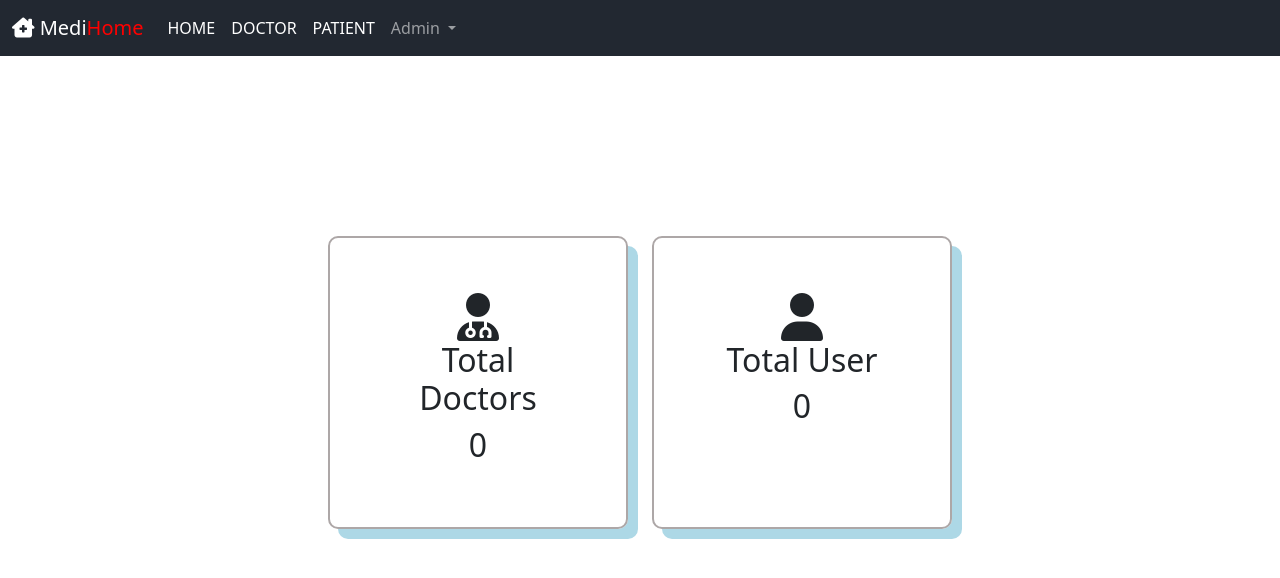
Repository: SparshGarg1/Hostel_Managment_System
Page: http://localhost/Hostel/adminportal.jsp
These files come from the project's save history. The page is drawn as it stood at one moment and after the next save; the edit follows.
The browser window is 1280 px wide. The pictures show the whole page.
Some web libraries are served in a nearby version. The page is served by Tomcat 9. Queries for data that is not in the repository find no rows.

Above is the page before, as saved 2023-06-17 08:00:58.

After the next save:
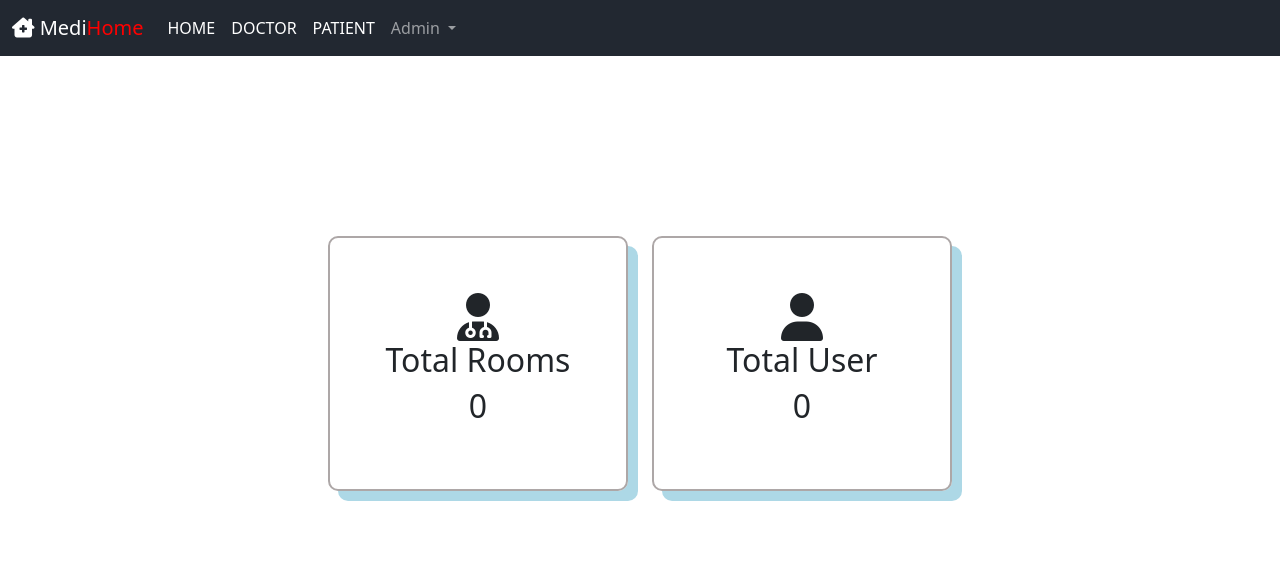
Saved 46 s later.
--- a/Hostel/WebContent/adminportal.jsp
+++ b/Hostel/WebContent/adminportal.jsp
@@ -108,7 +108,7 @@ while(rs2.next())
 <div class="container">
         <div class="doc box1">
             <i class="fa fa-user-doctor fa-3x" "></i>
-            <h2>Total Doctors</h2>
+            <h2>Total Rooms</h2>
             <h2><%=i %></h2>
         </div>
         <div class="user box1">
